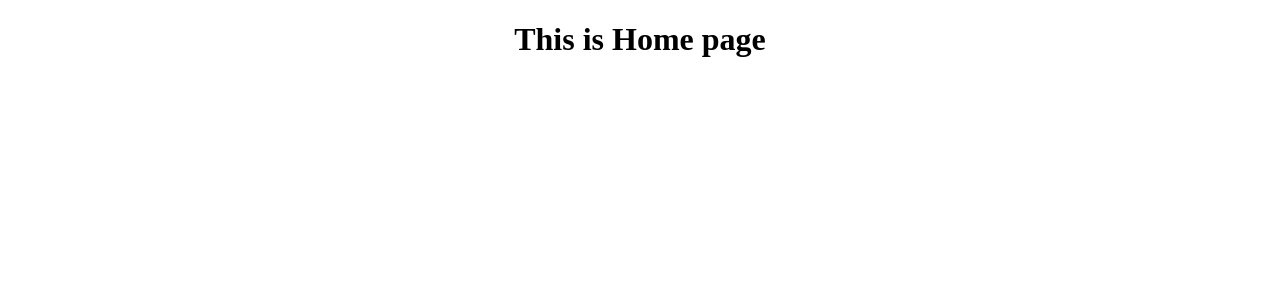
Repository: Hashim-Ansari-82/Servlet-And-JSP
Page: 2nd-Servlet-Demo/src/main/webapp/index.html
An editor plug-in stored every save of this project. The page is shown before and after the next save, followed by the edit.
The browser window is 1280 px wide. The pictures show the whole page.

Above is the page before, as saved 2026-06-02 20:38:06.

After the next save:
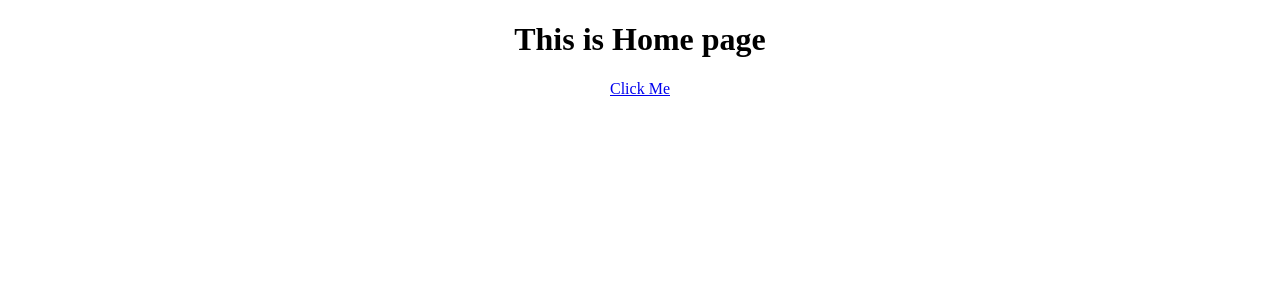
Saved 39 s later.
--- a/2nd-Servlet-Demo/src/main/webapp/index.html
+++ b/2nd-Servlet-Demo/src/main/webapp/index.html
@@ -7,6 +7,7 @@
 <body>
 <div style="text-align:center">
 <h1>This is Home page</h1>
+<a href="first">Click Me</a>
 </div>
 </body>
 </html>
